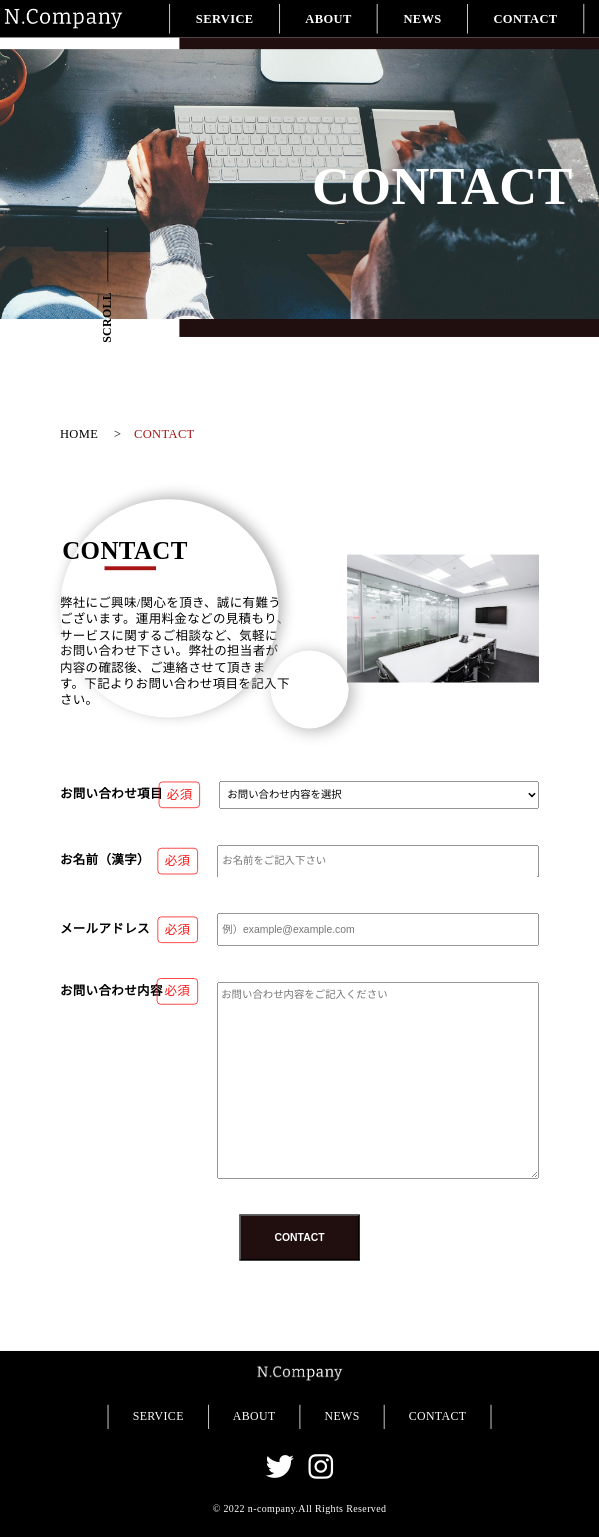
Repository: nozomi-23/hp2_test
Page: html/contact.html
An editor plug-in stored every save of this project. The page is shown before and after the next save, followed by the edit.
The browser window is 768 px wide. The pictures show the whole page, at 78% of full size.
Some web fonts or font styles are not loaded; a fallback is used. Some web libraries are served in a nearby version.

Above is the page before, as saved 2022-06-26 23:07:42.

After the next save:
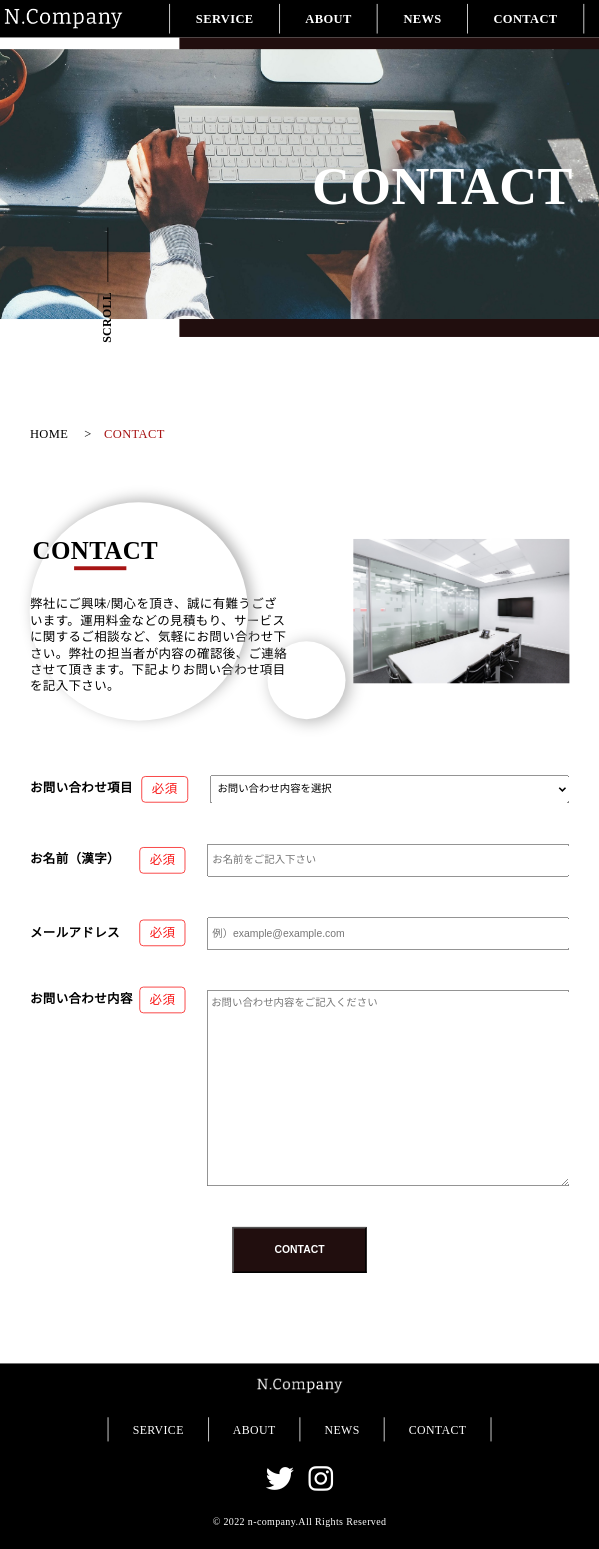
Saved 6 s later.
--- a/css/common1.css
+++ b/css/common1.css
@@ -226,5 +226,7 @@ footer small {
     width: 72%;
   }
 
-  .inner
-}
+  .inner {
+    width: 90%;
+  }
+}
